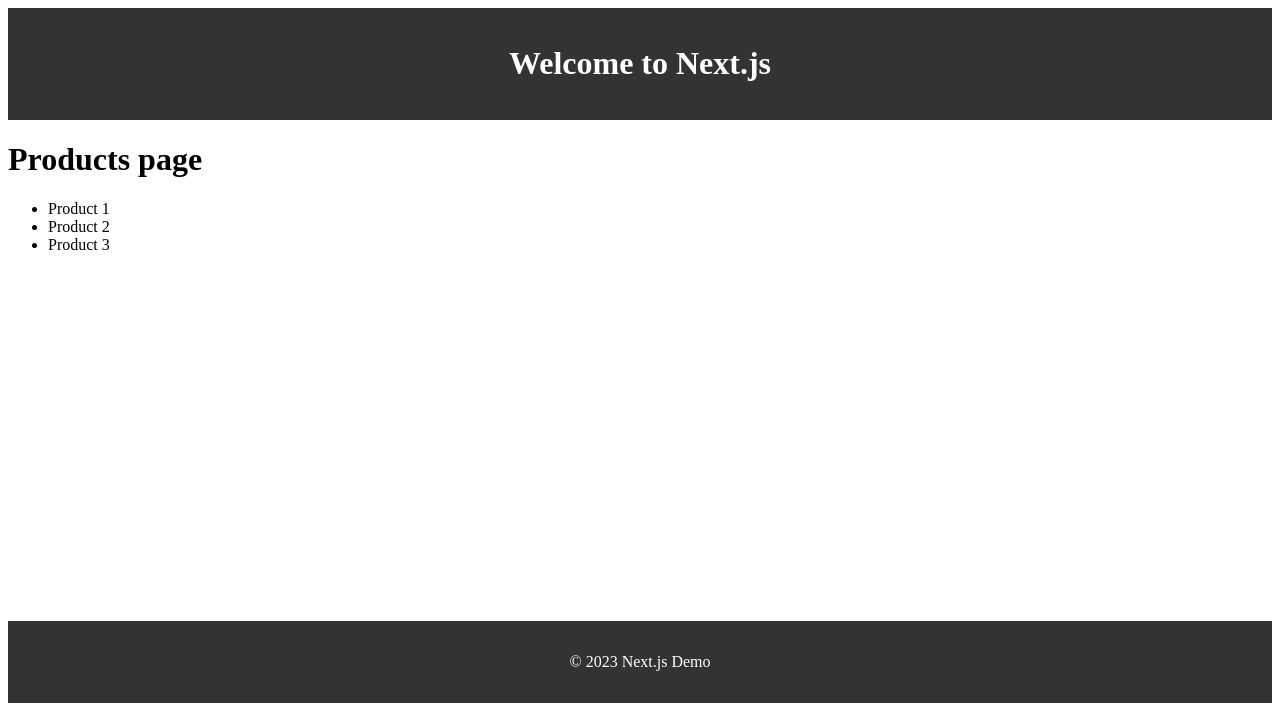
Repository: JasonMorta/NextJs-13_Basics
Page: /products (app in NEXTJS15/next13-demo/)
An editor plug-in stored every save of this project. The page is shown before and after the next save, followed by the edit.
The browser window is 1280 px wide. The pictures show the whole page.
The project was rebuilt for these pictures with package versions that can differ from the ones it lists, and the page was loaded fresh each time. The framework's server and built-in components were replaced by stand-ins that run in the browser. Also part of the build but not shown: NEXTJS15/next13-demo/next.config.ts.

Above is the page before, as saved 2025-02-28 13:41:56.

After the next save:
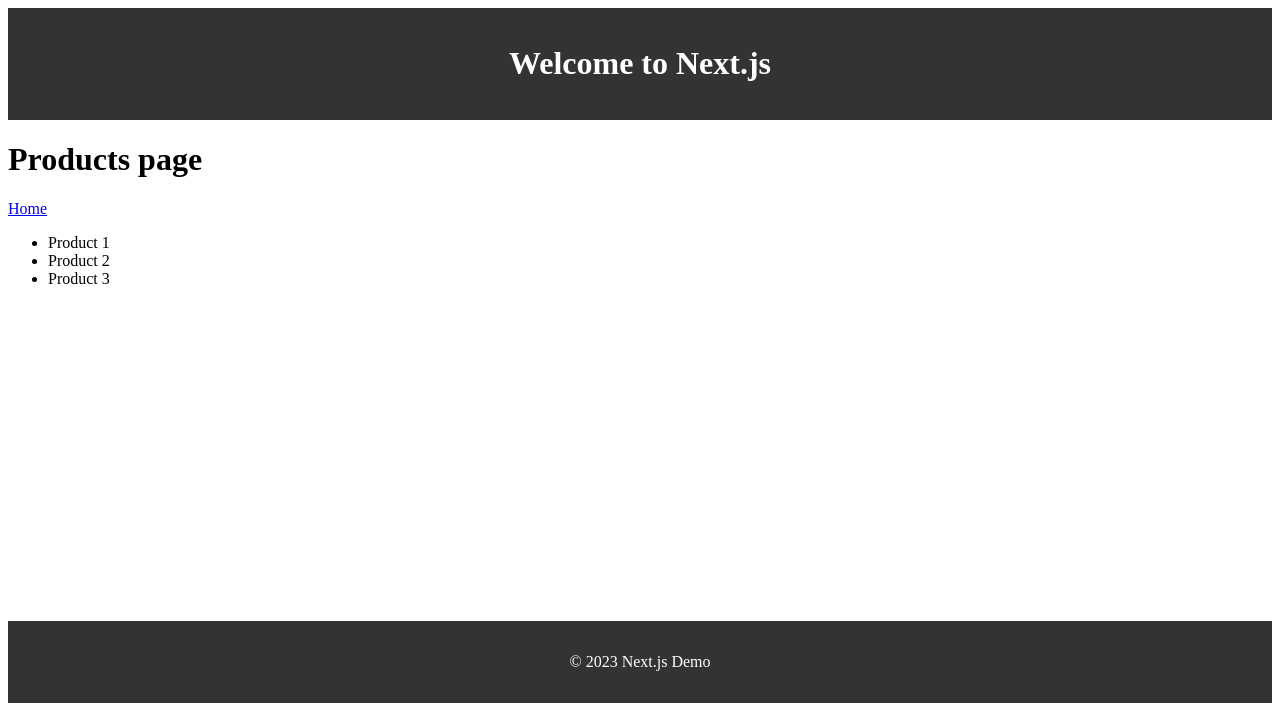
Saved 32 s later.
--- a/NEXTJS15/next13-demo/src/app/products/page.tsx
+++ b/NEXTJS15/next13-demo/src/app/products/page.tsx
@@ -1,9 +1,11 @@
+import Link from 'next/link'
 import React from 'react'
 
 export default function Products() {
   return (
     <>
     <h1>Products page</h1>
+    <Link href="/">Home</Link>
     <ul>
       <li>Product 1</li>
       <li>Product 2</li>
